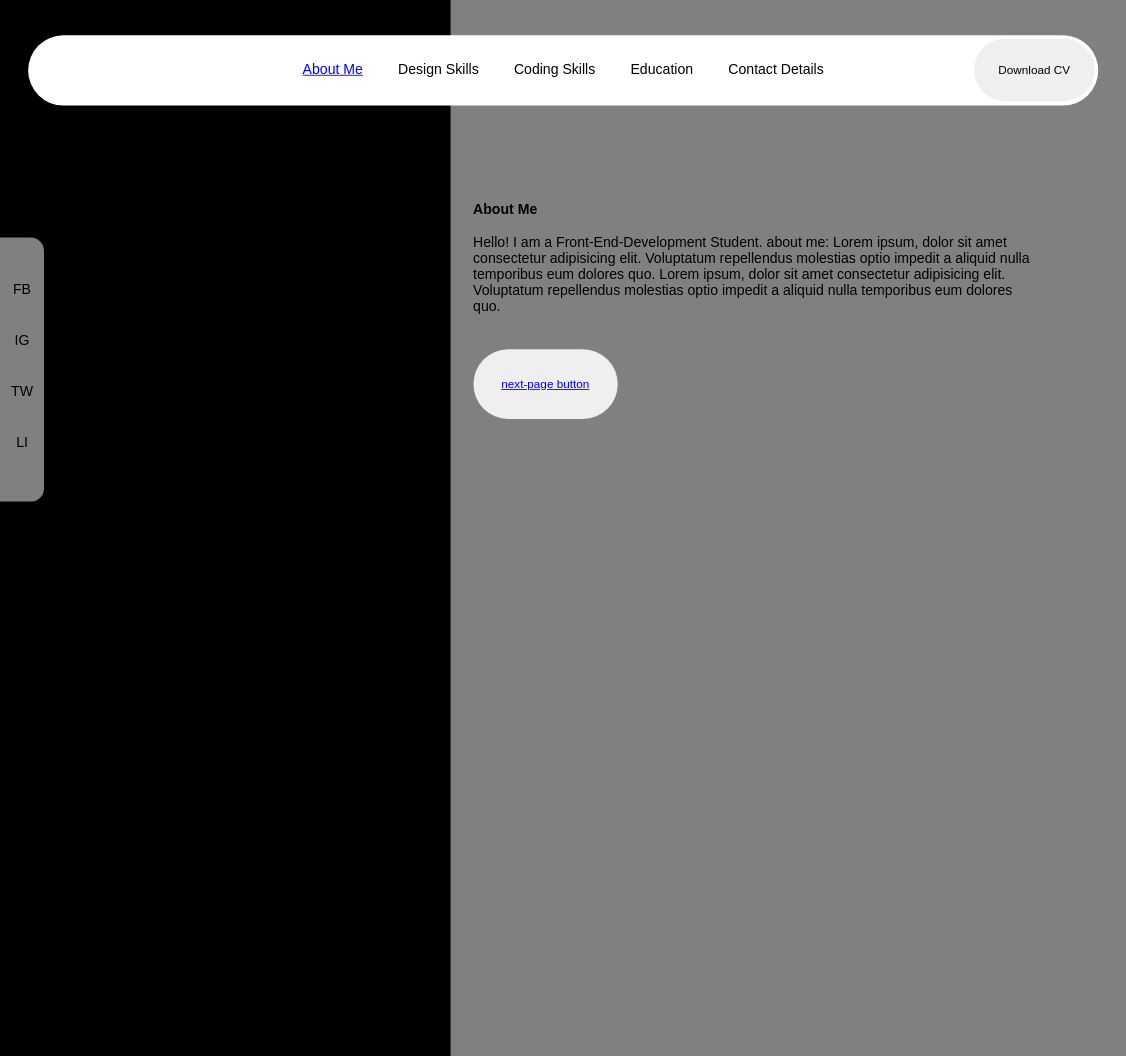
Repository: WesleyErasmus/MyDigitalResume-4
Page: about.html
These files come from the project's save history. The page is drawn as it stood at one moment and after the next save; the edit follows.
The browser window is 1280 px wide. The pictures show the whole page, at 88% of full size.

Above is the page before, as saved 2022-02-19 21:30:38.

### about.html
<!DOCTYPE html>
<html lang="en">
<head>
    <meta charset="UTF-8">
    <meta http-equiv="X-UA-Compatible" content="IE=edge">
    <meta name="viewport" content="width=device-width, initial-scale=1.0">
    <title>Wesley Erasmus Digital Resume 4 Project</title>
    <link rel="stylesheet" href="about.css">
</head>
<body>
    <body>
        <!-- Landing page -->
        <header class="nav-menu-top">
            <ul class="top-nav-menu-buttons">
                <li><a href="/about.html" target="">About Me</a></li>
                <li>Design Skills</li>
                <li>Coding Skills</li>
                <li>Education</li>
                <li>Contact Details</li>
            </ul>
            <button id="download-cv">Download CV</button>
            <!-- Name / download CV / etc -->
        </header>

        <aside class="self-portrait">
            <!-- creative image of myself -->
            <p>aside with large portrait image of myself</p>
        </aside>
        <nav class="social-media-links">
            <ul class="social-media-links">
                <li>FB</li>
                <li>IG</li>
                <li>TW</li>
                <li>LI</li>
            </ul>
            <!-- side social media icons (float left / column direction) -->
        </nav>

            <!-- main bio; FED student / link to 2nd html page with CV content -->
         <article>
             <h4 ID="title">About Me</h4>
            <div class="about-me">
                <p>Hello! I am a Front-End-Development Student. about me: Lorem ipsum, dolor sit amet consectetur adipisicing elit. Voluptatum repellendus molestias optio impedit a aliquid nulla temporibus eum dolores quo. Lorem ipsum, dolor sit amet consectetur adipisicing elit. Voluptatum repellendus molestias optio impedit a aliquid nulla temporibus eum dolores quo.</p>
            </div>
            <button class="next-page">
                <a href="/about.html" target="">next-page button</a>
            </button>
        </article>


    </body>
</body>
</html>

### about.css
* {
    font-family: Arial, Helvetica, sans-serif;
    margin: 0;
    padding: 0;
}
body {
    background-color: grey;
    overflow:hidden;
}
header.nav-menu-top {
    position: relative;
    /* Positions explained in below link: https://developer.mozilla.org/en-US/docs/Web/CSS/position */
    text-align: center;
    margin: 0 auto;
    /* Margin: 0 auto can be used to center an object horizontally  */
    width: 95%;
    height: 80px;
    border-radius: 50px;
    margin-top: 40px;
    background-color: #fff;
}
ul.top-nav-menu-buttons{
    display: flex;
    justify-content: center;
    padding: 30px;
}
.top-nav-menu-buttons li {
    margin: 0 20px 0 20px;
    list-style-type: none;
    text-align: center;
}
button#download-cv {
    position: relative;
    float: right;
    top: -74px;
    right: 4px;
    padding: 28px;
    border-radius: 50px;
    border: NONE;
}
aside.self-portrait {
    z-index: -1;
    /* z-index explained in below link:
     https://developer.mozilla.org/en-US/docs/Web/CSS/z-index */
    background-color: black;
    position: absolute;
    top: 0;
    left: 0;
    height: 1200px;
    width: 40%;
}
nav.social-media-links {
    position: relative;
    height: 300px;
    width: 50px;
    float: left;
    top: 150px;
    left: 0px;
    background-color: grey;
    border-radius: 0 15px 15px 0;
}
ul.social-media-links{
    padding: 50px 5px 5px 5px;
    text-align: center;
    display: flex;
    flex-direction: column;

}
.social-media-links li{
    margin-bottom: 40px;
}

article {
    width: 50%;
    left: 41%;
    position: absolute;
    height: 500px;
    top: 30vh;
    padding: 1%;
}
h4#title {
    margin-bottom: 20px;
}
button.next-page {
    margin-top: 40px;
    padding: 2rem;
    border-radius: 50px;
    border: none;
}

After the next save:
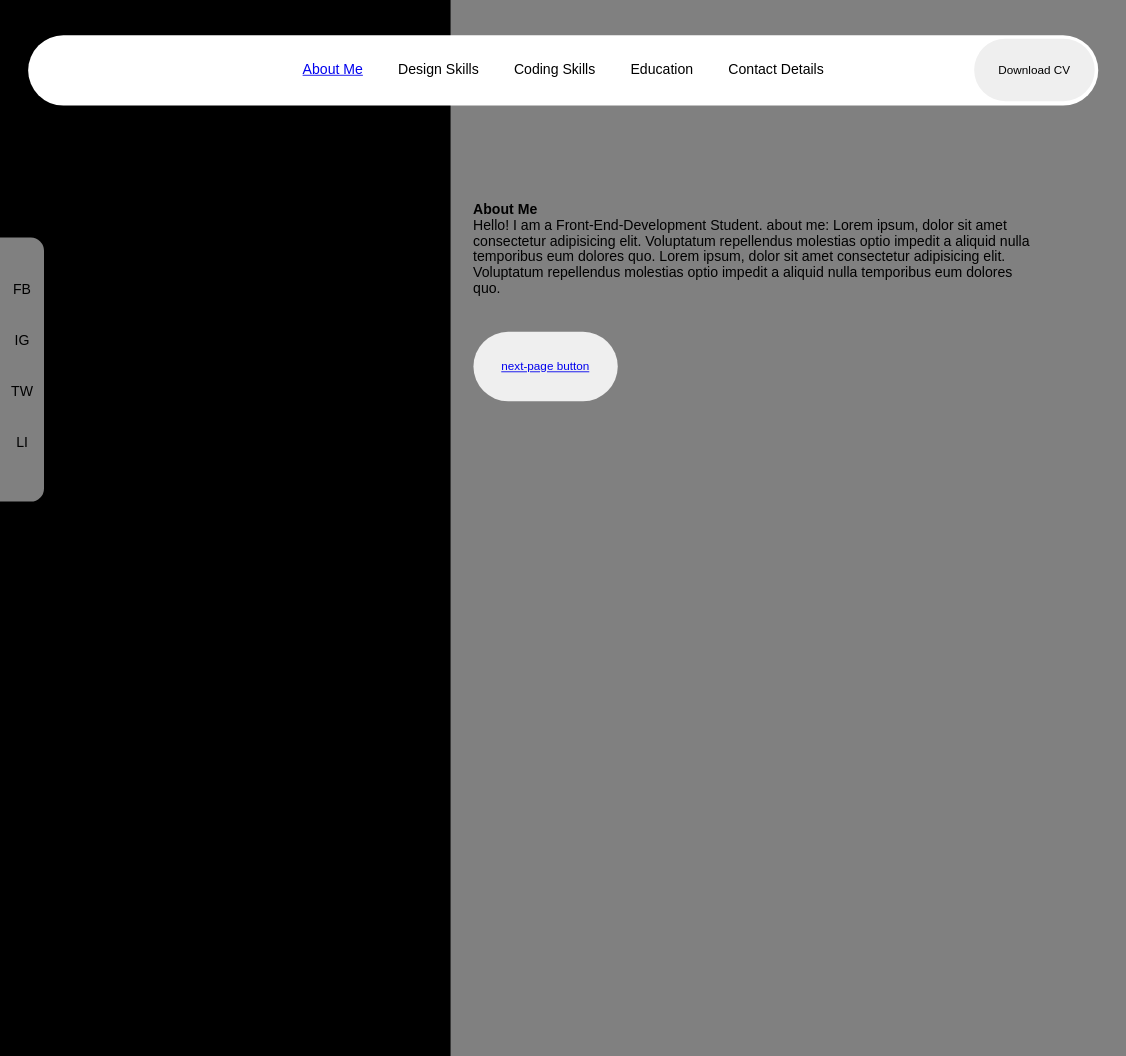
Saved 18 s later.
--- a/about.css
+++ b/about.css
@@ -78,7 +78,7 @@ article {
     top: 30vh;
     padding: 1%;
 }
-h4#title {
+h1#title {
     margin-bottom: 20px;
 }
 button.next-page {
